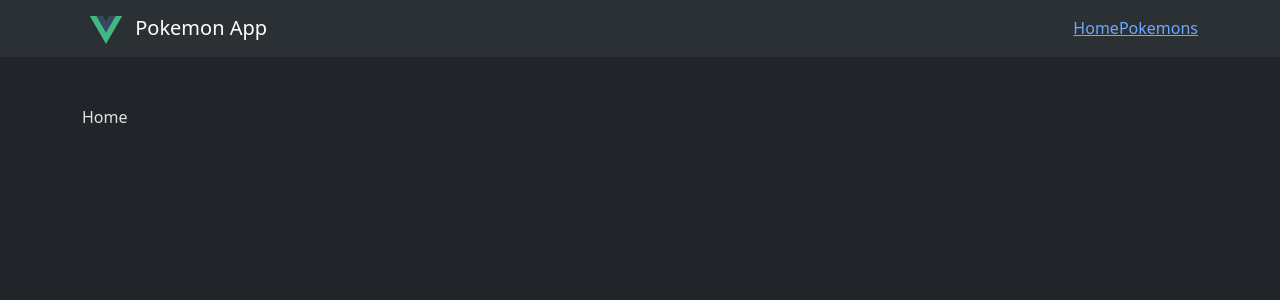
Repository: jjdevzinho/curso-vue-pinia-com-ts-poke-api
Page: /
The author's editor kept a copy of each file at every save. The page is drawn from the files as they stood at one save, then again after the next save.
The browser window is 1280 px wide. The pictures show the whole page.
The project was rebuilt for these pictures with package versions that can differ from the ones it lists, and the page was loaded fresh each time. Also part of the build but not shown: vite.config.ts.

Above is the page before, as saved 2024-10-13 08:32:21.

After the next save:
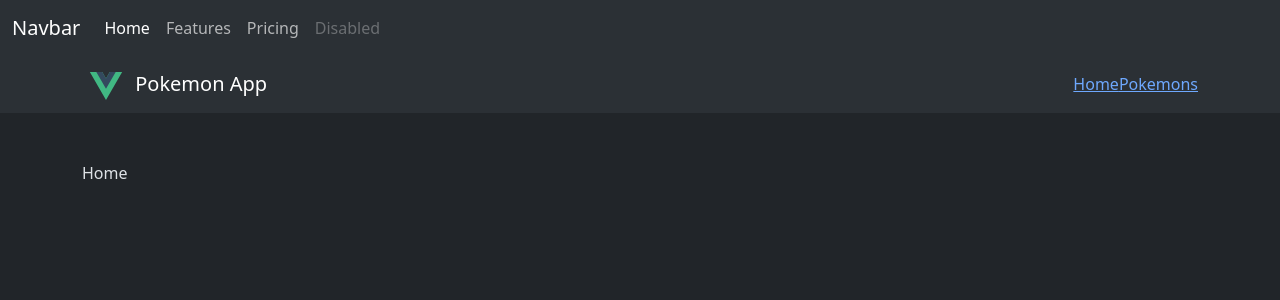
Saved 118 s later.
--- a/src/App.vue
+++ b/src/App.vue
@@ -4,6 +4,39 @@
 
 <template>
   <header>
+    <nav class="navbar navbar-expand-lg bg-body-tertiary">
+      <div class="container-fluid">
+        <a class="navbar-brand" href="#">Navbar</a>
+        <button
+          class="navbar-toggler"
+          type="button"
+          data-bs-toggle="collapse"
+          data-bs-target="#navbarNav"
+          aria-controls="navbarNav"
+          aria-expanded="false"
+          aria-label="Toggle navigation"
+        >
+          <span class="navbar-toggler-icon"></span>
+        </button>
+        <div class="collapse navbar-collapse" id="navbarNav">
+          <ul class="navbar-nav">
+            <li class="nav-item">
+              <a class="nav-link active" aria-current="page" href="#">Home</a>
+            </li>
+            <li class="nav-item">
+              <a class="nav-link" href="#">Features</a>
+            </li>
+            <li class="nav-item">
+              <a class="nav-link" href="#">Pricing</a>
+            </li>
+            <li class="nav-item">
+              <a class="nav-link disabled" aria-disabled="true">Disabled</a>
+            </li>
+          </ul>
+        </div>
+      </div>
+    </nav>
+
     <div class="navbar navbar-expand-lg bg-body-tertiary">
       <nav class="container">
         <RouterLink to="/" class="navbar-brand" exact>
